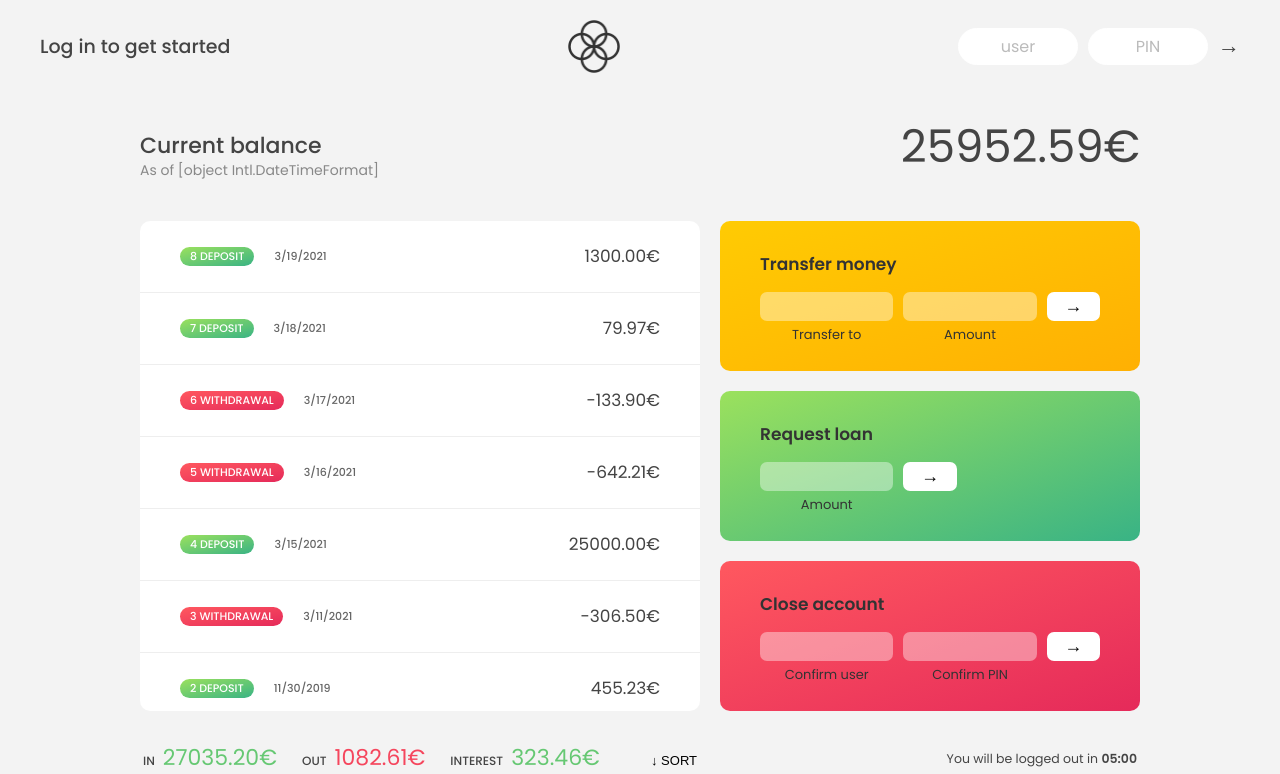
Repository: Samkiroko/Dateas-Number-Timers
Page: starter/index.html
The author's editor kept a copy of each file at every save. The page is drawn from the files as they stood at one save, then again after the next save.
The browser window is 1280 px wide. The pictures show the whole page.
An inner scrolling area shows only its first screen.

Above is the page before, as saved 2021-03-20 11:32:41.

### starter/index.html
<!DOCTYPE html>
<html lang="en">
  <head>
    <meta charset="UTF-8" />
    <meta name="viewport" content="width=device-width, initial-scale=1.0" />
    <meta http-equiv="X-UA-Compatible" content="ie=edge" />
    <link rel="shortcut icon" type="image/png" href="/icon.png" />

    <link
      href="https://fonts.googleapis.com/css?family=Poppins:400,500,600&display=swap"
      rel="stylesheet"
    />

    <link rel="stylesheet" href="style.css" />
    <title>Bankist</title>
  </head>
  <body>
    <!-- TOP NAVIGATION -->
    <nav>
      <p class="welcome">Log in to get started</p>
      <img src="logo.png" alt="Logo" class="logo" />
      <form class="login">
        <input
          type="text"
          placeholder="user"
          class="login__input login__input--user"
        />
        <!-- In practice, use type="password" -->
        <input
          type="text"
          placeholder="PIN"
          maxlength="4"
          class="login__input login__input--pin"
        />
        <button class="login__btn">&rarr;</button>
      </form>
    </nav>

    <main class="app">
      <!-- BALANCE -->
      <div class="balance">
        <div>
          <p class="balance__label">Current balance</p>
          <p class="balance__date">
            As of <span class="date">05/03/2037</span>
          </p>
        </div>
        <p class="balance__value">0000€</p>
      </div>

      <!-- MOVEMENTS -->
      <div class="movements">
        <div class="movements__row">
          <div class="movements__type movements__type--deposit">2 deposit</div>
          <div class="movements__date">3 days ago</div>
          <div class="movements__value">4 000€</div>
        </div>
        <div class="movements__row">
          <div class="movements__type movements__type--withdrawal">
            1 withdrawal
          </div>
          <div class="movements__date">24/01/2037</div>
          <div class="movements__value">-378€</div>
        </div>
      </div>

      <!-- SUMMARY -->
      <div class="summary">
        <p class="summary__label">In</p>
        <p class="summary__value summary__value--in">0000€</p>
        <p class="summary__label">Out</p>
        <p class="summary__value summary__value--out">0000€</p>
        <p class="summary__label">Interest</p>
        <p class="summary__value summary__value--interest">0000€</p>
        <button class="btn--sort">&downarrow; SORT</button>
      </div>

      <!-- OPERATION: TRANSFERS -->
      <div class="operation operation--transfer">
        <h2>Transfer money</h2>
        <form class="form form--transfer">
          <input type="text" class="form__input form__input--to" />
          <input type="number" class="form__input form__input--amount" />
          <button class="form__btn form__btn--transfer">&rarr;</button>
          <label class="form__label">Transfer to</label>
          <label class="form__label">Amount</label>
        </form>
      </div>

      <!-- OPERATION: LOAN -->
      <div class="operation operation--loan">
        <h2>Request loan</h2>
        <form class="form form--loan">
          <input type="number" class="form__input form__input--loan-amount" />
          <button class="form__btn form__btn--loan">&rarr;</button>
          <label class="form__label form__label--loan">Amount</label>
        </form>
      </div>

      <!-- OPERATION: CLOSE -->
      <div class="operation operation--close">
        <h2>Close account</h2>
        <form class="form form--close">
          <input type="text" class="form__input form__input--user" />
          <input
            type="password"
            maxlength="6"
            class="form__input form__input--pin"
          />
          <button class="form__btn form__btn--close">&rarr;</button>
          <label class="form__label">Confirm user</label>
          <label class="form__label">Confirm PIN</label>
        </form>
      </div>

      <!-- LOGOUT TIMER -->
      <p class="logout-timer">
        You will be logged out in <span class="timer">05:00</span>
      </p>
    </main>

    <!-- <footer>
      &copy; by Jonas Schmedtmann. Don't claim as your own :)
    </footer> -->

    <script src="script.js"></script>
  </body>
</html>

### starter/style.css
/*
 * Use this CSS to learn some intersting techniques,
 * in case you're wondering how I built the UI.
 * Have fun! 😁
 */

* {
  margin: 0;
  padding: 0;
  box-sizing: inherit;
}

html {
  font-size: 62.5%;
  box-sizing: border-box;
}

body {
  font-family: 'Poppins', sans-serif;
  color: #444;
  background-color: #f3f3f3;
  height: 100vh;
  padding: 2rem;
}

nav {
  display: flex;
  justify-content: space-between;
  align-items: center;
  padding: 0 2rem;
}

.welcome {
  font-size: 1.9rem;
  font-weight: 500;
}

.logo {
  height: 5.25rem;
}

.login {
  display: flex;
}

.login__input {
  border: none;
  padding: 0.5rem 2rem;
  font-size: 1.6rem;
  font-family: inherit;
  text-align: center;
  width: 12rem;
  border-radius: 10rem;
  margin-right: 1rem;
  color: inherit;
  border: 1px solid #fff;
  transition: all 0.3s;
}

.login__input:focus {
  outline: none;
  border: 1px solid #ccc;
}

.login__input::placeholder {
  color: #bbb;
}

.login__btn {
  border: none;
  background: none;
  font-size: 2.2rem;
  color: inherit;
  cursor: pointer;
  transition: all 0.3s;
}

.login__btn:hover,
.login__btn:focus,
.btn--sort:hover,
.btn--sort:focus {
  outline: none;
  color: #777;
}

/* MAIN */
.app {
  position: relative;
  max-width: 100rem;
  margin: 4rem auto;
  display: grid;
  grid-template-columns: 4fr 3fr;
  grid-template-rows: auto repeat(3, 15rem) auto;
  gap: 2rem;

  /* NOTE This creates the fade in/out anumation */
  opacity: 0;
  transition: all 1s;
}

.balance {
  grid-column: 1 / span 2;
  display: flex;
  align-items: flex-end;
  justify-content: space-between;
  margin-bottom: 2rem;
}

.balance__label {
  font-size: 2.2rem;
  font-weight: 500;
  margin-bottom: -0.2rem;
}

.balance__date {
  font-size: 1.4rem;
  color: #888;
}

.balance__value {
  font-size: 4.5rem;
  font-weight: 400;
}

/* MOVEMENTS */
.movements {
  grid-row: 2 / span 3;
  background-color: #fff;
  border-radius: 1rem;
  overflow: scroll;
}

.movements__row {
  padding: 2.25rem 4rem;
  display: flex;
  align-items: center;
  border-bottom: 1px solid #eee;
}

.movements__type {
  font-size: 1.1rem;
  text-transform: uppercase;
  font-weight: 500;
  color: #fff;
  padding: 0.1rem 1rem;
  border-radius: 10rem;
  margin-right: 2rem;
}

.movements__date {
  font-size: 1.1rem;
  text-transform: uppercase;
  font-weight: 500;
  color: #666;
}

.movements__type--deposit {
  background-image: linear-gradient(to top left, #39b385, #9be15d);
}

.movements__type--withdrawal {
  background-image: linear-gradient(to top left, #e52a5a, #ff585f);
}

.movements__value {
  font-size: 1.7rem;
  margin-left: auto;
}

/* SUMMARY */
.summary {
  grid-row: 5 / 6;
  display: flex;
  align-items: baseline;
  padding: 0 0.3rem;
  margin-top: 1rem;
}

.summary__label {
  font-size: 1.2rem;
  font-weight: 500;
  text-transform: uppercase;
  margin-right: 0.8rem;
}

.summary__value {
  font-size: 2.2rem;
  margin-right: 2.5rem;
}

.summary__value--in,
.summary__value--interest {
  color: #66c873;
}

.summary__value--out {
  color: #f5465d;
}

.btn--sort {
  margin-left: auto;
  border: none;
  background: none;
  font-size: 1.3rem;
  font-weight: 500;
  cursor: pointer;
}

/* OPERATIONS */
.operation {
  border-radius: 1rem;
  padding: 3rem 4rem;
  color: #333;
}

.operation--transfer {
  background-image: linear-gradient(to top left, #ffb003, #ffcb03);
}

.operation--loan {
  background-image: linear-gradient(to top left, #39b385, #9be15d);
}

.operation--close {
  background-image: linear-gradient(to top left, #e52a5a, #ff585f);
}

h2 {
  margin-bottom: 1.5rem;
  font-size: 1.7rem;
  font-weight: 600;
  color: #333;
}

.form {
  display: grid;
  grid-template-columns: 2.5fr 2.5fr 1fr;
  grid-template-rows: auto auto;
  gap: 0.4rem 1rem;
}

/* Exceptions for interst */
.form.form--loan {
  grid-template-columns: 2.5fr 1fr 2.5fr;
}
.form__label--loan {
  grid-row: 2;
}
/* End exceptions */

.form__input {
  width: 100%;
  border: none;
  background-color: rgba(255, 255, 255, 0.4);
  font-family: inherit;
  font-size: 1.5rem;
  text-align: center;
  color: #333;
  padding: 0.3rem 1rem;
  border-radius: 0.7rem;
  transition: all 0.3s;
}

.form__input:focus {
  outline: none;
  background-color: rgba(255, 255, 255, 0.6);
}

.form__label {
  font-size: 1.3rem;
  text-align: center;
}

.form__btn {
  border: none;
  border-radius: 0.7rem;
  font-size: 1.8rem;
  background-color: #fff;
  cursor: pointer;
  transition: all 0.3s;
}

.form__btn:focus {
  outline: none;
  background-color: rgba(255, 255, 255, 0.8);
}

.logout-timer {
  padding: 0 0.3rem;
  margin-top: 1.9rem;
  text-align: right;
  font-size: 1.25rem;
}

.timer {
  font-weight: 600;
}

### starter/script.js
'use strict';

/////////////////////////////////////////////////
/////////////////////////////////////////////////
// BANKIST APP

/////////////////////////////////////////////////
// Data

// DIFFERENT DATA! Contains movement dates, currency and locale

const account1 = {
  owner: 'Jonas Schmedtmann',
  movements: [200, 455.23, -306.5, 25000, -642.21, -133.9, 79.97, 1300],
  interestRate: 1.2, // %
  pin: 1111,

  movementsDates: [
    '2019-11-01T13:15:33.035Z',
    '2019-11-30T09:48:16.867Z',
    '2021-03-11T06:04:23.907Z',
    '2021-03-15T14:18:46.235Z',
    '2021-03-16T16:33:06.386Z',
    '2021-03-17T14:43:26.374Z',
    '2021-03-18T18:49:59.371Z',
    '2021-03-19T12:01:20.894Z',
  ],
  currency: 'EUR',
  locale: 'pt-PT', // de-DE
};

const account2 = {
  owner: 'Jessica Davis',
  movements: [5000, 3400, -150, -790, -3210, -1000, 8500, -30],
  interestRate: 1.5,
  pin: 2222,

  movementsDates: [
    '2019-11-01T13:15:33.035Z',
    '2019-11-30T09:48:16.867Z',
    '2021-03-11T06:04:23.907Z',
    '2021-03-15T14:18:46.235Z',
    '2021-03-16T16:33:06.386Z',
    '2021-03-17T14:43:26.374Z',
    '2021-03-18T18:49:59.371Z',
    '2021-03-19T12:01:20.894Z',
  ],
  currency: 'USD',
  locale: 'en-US',
};

const accounts = [account1, account2];

/////////////////////////////////////////////////
// Elements
const labelWelcome = document.querySelector('.welcome');
const labelDate = document.querySelector('.date');
const labelBalance = document.querySelector('.balance__value');
const labelSumIn = document.querySelector('.summary__value--in');
const labelSumOut = document.querySelector('.summary__value--out');
const labelSumInterest = document.querySelector('.summary__value--interest');
const labelTimer = document.querySelector('.timer');

const containerApp = document.querySelector('.app');
const containerMovements = document.querySelector('.movements');

const btnLogin = document.querySelector('.login__btn');
const btnTransfer = document.querySelector('.form__btn--transfer');
const btnLoan = document.querySelector('.form__btn--loan');
const btnClose = document.querySelector('.form__btn--close');
const btnSort = document.querySelector('.btn--sort');

const inputLoginUsername = document.querySelector('.login__input--user');
const inputLoginPin = document.querySelector('.login__input--pin');
const inputTransferTo = document.querySelector('.form__input--to');
const inputTransferAmount = document.querySelector('.form__input--amount');
const inputLoanAmount = document.querySelector('.form__input--loan-amount');
const inputCloseUsername = document.querySelector('.form__input--user');
const inputClosePin = document.querySelector('.form__input--pin');

/////////////////////////////////////////////////
// Functions

const formatMovementDate = function (date, locale) {
  const calcDaysPassed = (date1, date2) =>
    Math.round(Math.abs(date2 - date1) / (1000 * 60 * 60 * 24));

  const daysPassed = calcDaysPassed(new Date(), date);

  if (daysPassed === 0) return 'Today';
  if (daysPassed === 1) return 'Yesterday';
  if (daysPassed <= 7) return `${daysPassed} days ago`;

  // const day = `${date.getDate()}`.padStart(2, 0);
  // const month = `${date.getMonth() + 1}`.padStart(2, 0);
  // const year = date.getFullYear();
  // return `${day}/${month}/${year}`;
  return new Intl.DateTimeFormat(locale).format(date);
};

const displayMovements = function (acc, sort = false) {
  containerMovements.innerHTML = '';

  const movs = sort
    ? acc.movements.slice().sort((a, b) => a - b)
    : acc.movements;

  movs.forEach(function (mov, i) {
    const type = mov > 0 ? 'deposit' : 'withdrawal';

    const date = new Date(acc.movementsDates[i]);
    const displayDate = formatMovementDate(date);

    const html = `
      <div class="movements__row">
        <div class="movements__type movements__type--${type}">${
      i + 1
    } ${type}</div>
     <div class="movements__date">${displayDate}</div>
        <div class="movements__value">${mov.toFixed(2)}€</div>
      </div>
    `;

    containerMovements.insertAdjacentHTML('afterbegin', html);
  });
};

const calcDisplayBalance = function (acc) {
  acc.balance = acc.movements.reduce((acc, mov) => acc + mov, 0);
  labelBalance.textContent = `${acc.balance.toFixed(2)}€`;
};

const calcDisplaySummary = function (acc) {
  const incomes = acc.movements
    .filter(mov => mov > 0)
    .reduce((acc, mov) => acc + mov, 0);
  labelSumIn.textContent = `${incomes.toFixed(2)}€`;

  const out = acc.movements
    .filter(mov => mov < 0)
    .reduce((acc, mov) => acc + mov, 0);
  labelSumOut.textContent = `${Math.abs(out).toFixed(2)}€`;

  const interest = acc.movements
    .filter(mov => mov > 0)
    .map(deposit => (deposit * acc.interestRate) / 100)
    .filter((int, i, arr) => {
      // console.log(arr);
      return int >= 1;
    })
    .reduce((acc, int) => acc + int, 0);
  labelSumInterest.textContent = `${interest.toFixed(2)}€`;
};

const createUsernames = function (accs) {
  accs.forEach(function (acc) {
    acc.username = acc.owner
      .toLowerCase()
      .split(' ')
      .map(name => name[0])
      .join('');
  });
};
createUsernames(accounts);

const updateUI = function (acc) {
  // Display movements
  displayMovements(acc);

  // Display balance
  calcDisplayBalance(acc);

  // Display summary
  calcDisplaySummary(acc);
};

///////////////////////////////////////
// Event handlers
let currentAccount;

// fake always logged
currentAccount = account1;
updateUI(currentAccount);
containerApp.style.opacity = 100;

// experimenting with API
const now = new Date();
labelDate.textContent = new Intl.DateTimeFormat('en-US');

btnLogin.addEventListener('click', function (e) {
  // Prevent form from submitting
  e.preventDefault();

  currentAccount = accounts.find(
    acc => acc.username === inputLoginUsername.value
  );
  console.log(currentAccount);

  if (currentAccount?.pin === +inputLoginPin.value) {
    // Display UI and message
    labelWelcome.textContent = `Welcome back, ${
      currentAccount.owner.split(' ')[0]
    }`;
    containerApp.style.opacity = 100;

    //  Create current data and time
    const now = new Date();
    const day = `${now.getDate()}`.padStart(2, 0);
    const month = `${now.getMonth() + 1}`.padStart(2, 0);
    const year = now.getFullYear();
    const hour = `${now.getHours()}`.padStart(2, 0);
    const min = `${now.getMinutes()}`.padStart(2, 0);
    labelDate.textContent = `${day}/${month}/${year}, ${hour}:${min}`;

    // Clear input fields
    inputLoginUsername.value = inputLoginPin.value = '';
    inputLoginPin.blur();

    // Update UI
    updateUI(currentAccount);
  }
});

btnTransfer.addEventListener('click', function (e) {
  e.preventDefault();
  const amount = +inputTransferAmount.value;
  const receiverAcc = accounts.find(
    acc => acc.username === inputTransferTo.value
  );
  inputTransferAmount.value = inputTransferTo.value = '';

  if (
    amount > 0 &&
    receiverAcc &&
    currentAccount.balance >= amount &&
    receiverAcc?.username !== currentAccount.username
  ) {
    // Doing the transfer
    currentAccount.movements.push(-amount);
    receiverAcc.movements.push(amount);

    // Add transfer date
    currentAccount.movementsDates.push(new Date().toISOString());
    receiverAcc.movementsDates.push(new Date().toISOString());

    // Update UI
    updateUI(currentAccount);

    // Reset timer
    clearInterval(timer);
    timer = startLogOutTimer();
  }
});

btnLoan.addEventListener('click', function (e) {
  e.preventDefault();

  const amount = Math.floor(inputLoanAmount.value);

  if (amount > 0 && currentAccount.movements.some(mov => mov >= amount * 0.1)) {
    setTimeout(function () {
      // Add movement
      currentAccount.movements.push(amount);

      // Add loan date
      currentAccount.movementsDates.push(new Date().toISOString());

      // Update UI
      updateUI(currentAccount);

      // Reset timer
      clearInterval(timer);
      timer = startLogOutTimer();
    }, 2500);
  }
  inputLoanAmount.value = '';
});

btnClose.addEventListener('click', function (e) {
  e.preventDefault();

  if (
    inputCloseUsername.value === currentAccount.username &&
    +inputClosePin.value === currentAccount.pin
  ) {
    const index = accounts.findIndex(
      acc => acc.username === currentAccount.username
    );
    console.log(index);
    // .indexOf(23)

    // Delete account
    accounts.splice(index, 1);

    // Hide UI
    containerApp.style.opacity = 0;
  }

  inputCloseUsername.value = inputClosePin.value = '';
});

let sorted = false;
btnSort.addEventListener('click', function (e) {
  e.preventDefault();
  displayMovements(currentAccount.movements, !sorted);
  sorted = !sorted;
});

/////////////////////////////////////////////////
/////////////////////////////////////////////////
// LECTURES
// console.log(23 === 23.0);
// console.log(0.1 + 0.2);
// console.log(Number('23'));
// console.log(+'23');

// //  parsing
// console.log(Number.parseInt('30px', 10));

// console.log(Number.parseFloat('2.5rem'));
// console.log(Number.parseInt('2.5rem'));

// console.log(Number.isFinite('20'));

// // Math and Rounding off
// console.log(Math.sqrt(25));
// console.log(Math.max(5, 3, 7, 5, 3, 5, 3));
// console.log(Math.min(5, 3, 7, 5, 3, 5, 3));

// console.log(Math.PI * Number.parseFloat('10px') ** 2);

// console.log(Math.trunc(Math.random() * 6) + 1);

// const ramdomInt = (min, max) =>
//   Math.floor(Math.random() * (max - min) + 1) + min;

// console.log(ramdomInt(10, 20));

// //  Rounding integers
// console.log(Math.trunc(23.3));
// console.log(Math.ceil(23.3));
// console.log(Math.floor(23.3));

// // Rounding decimals
// console.log((2.7).toFixed(0));
// console.log((2.7).toFixed(3));
// console.log((2.7).toFixed(2));

// //  reminder operator
// console.log(5 % 2); //reminder 1

// //  check even or odd
// const isEven = n => n % 2 === 0;

// console.log(isEven(2));
// console.log(isEven(111));

// labelBalance.addEventListener('click', function () {
//   [...document.querySelectorAll('.movements__row')].forEach(function (row, i) {
//     if (i % 2 === 0) row.style.backgroundColor = 'aqua';
//     if (i % 3 === 0) row.style.backgroundColor = 'purple';
//   });
// });

// // nth choosing use the reminder
// // big inti
// console.log(2 ** 53 - 1);
// console.log(Number.Max_SAFE_INTEGER);
// console.log(565633565766766767676574n);
// console.log(BigInt(45466565656565464));

// console.log(1000n * 10000n);

// create a date
// const now = new Date();
// console.log(now);

// console.log(new Date('December 24, 2015'));

// console.log(new Date(account1.movementsDates[0]));

// console.log(new Date(2037, 10, 19, 15, 23, 5));
// console.log(new Date(0));
// console.log(new Date(3 * 24 * 60 * 60 * 1000));

// const future = new Date(2037, 10, 19, 15, 10);
// console.log(future);
// console.log(future.getFullYear());
// console.log(future.getMonth());
// console.log(future.getDate());
// console.log(future.getDay());
// console.log(future.getMinutes());
// console.log(future.toISOString());
// console.log(future.getTime());

// console.log(Date.now());
// future.setFullYear(2040);
// console.log(future);

//  dates

// const future = new Date(2037, 10, 19, 15, 10);
// console.log(+future);

// const calcDaysPassed = (date1, date2) =>
//   Math.abs(date2 - date1) / (1000 * 60 * 60 * 24);
// const days1 = calcDaysPassed(new Date(2037, 3, 14), new Date(2037, 3, 24));

// console.log(days1);

After the next save:
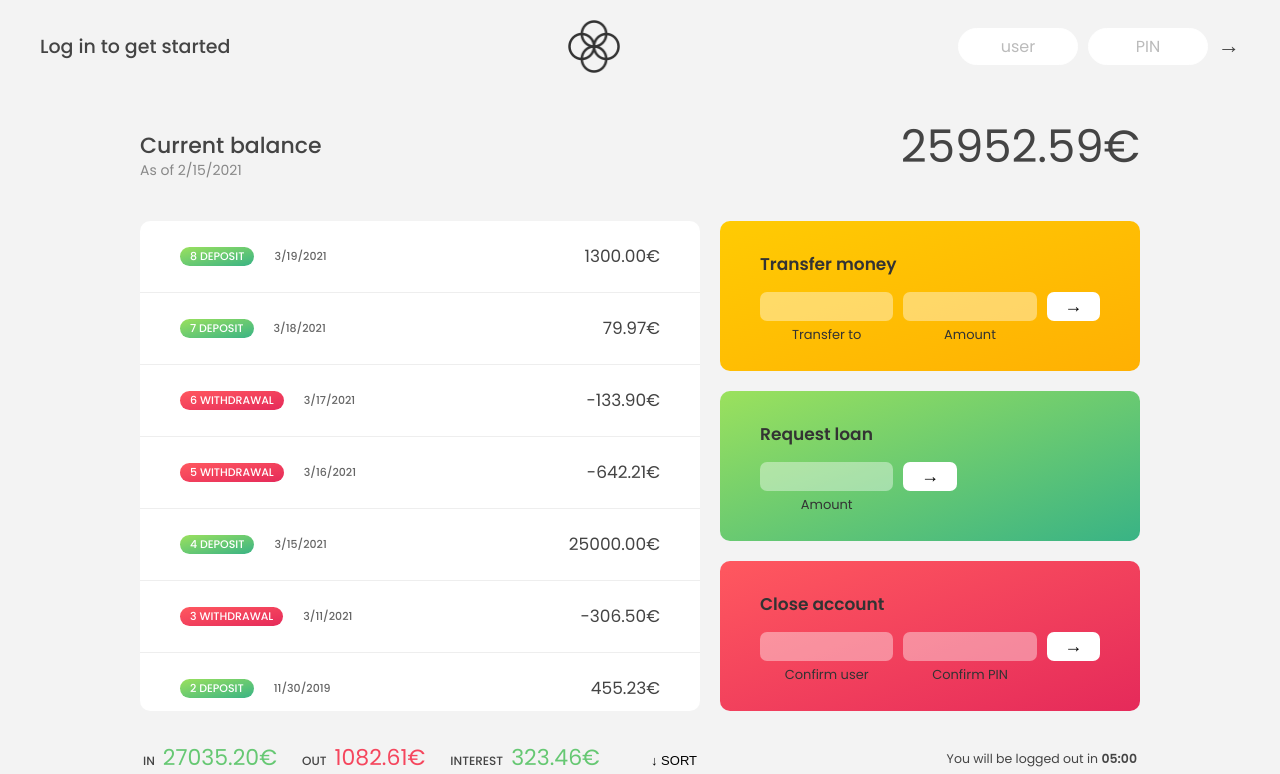
Saved 37 s later.
--- a/starter/script.js
+++ b/starter/script.js
@@ -185,7 +185,7 @@
 
 // experimenting with API
 const now = new Date();
-labelDate.textContent = new Intl.DateTimeFormat('en-US');
+labelDate.textContent = new Intl.DateTimeFormat('en-US').format(now);
 
 btnLogin.addEventListener('click', function (e) {
   // Prevent form from submitting
